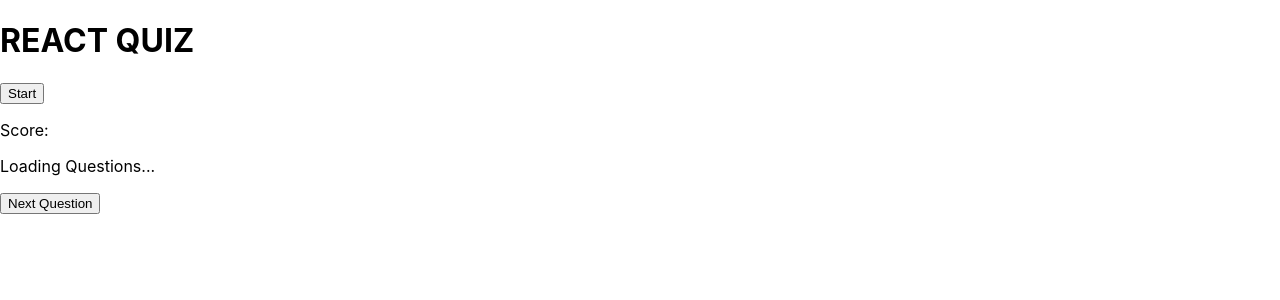
Repository: KrzysKolo/quizAPP
Page: /
These files come from the project's save history. The page is drawn as it stood at one moment and after the next save; the edit follows.
The browser window is 1280 px wide. The pictures show the whole page.
The project was rebuilt for these pictures with package versions that can differ from the ones it lists, and the page was loaded fresh each time.

Above is the page before, as saved 2021-04-24 17:39:44.

### public/index.html
<!DOCTYPE html>
<html lang="en">
  <head>
    <meta charset="utf-8" />
    <link rel="icon" href="%PUBLIC_URL%/favicon.ico" />
    <meta name="viewport" content="width=device-width, initial-scale=1" />
    <meta name="theme-color" content="#000000" />
    <meta
      name="description"
      content="Web site created using create-react-app"
    />
    <link rel="apple-touch-icon" href="%PUBLIC_URL%/logo192.png" />
    <!--
      manifest.json provides metadata used when your web app is installed on a
      user's mobile device or desktop. See https://developers.google.com/web/fundamentals/web-app-manifest/
    -->
    <link rel="manifest" href="%PUBLIC_URL%/manifest.json" />
    <!--
      Notice the use of %PUBLIC_URL% in the tags above.
      It will be replaced with the URL of the `public` folder during the build.
      Only files inside the `public` folder can be referenced from the HTML.

      Unlike "/favicon.ico" or "favicon.ico", "%PUBLIC_URL%/favicon.ico" will
      work correctly both with client-side routing and a non-root public URL.
      Learn how to configure a non-root public URL by running `npm run build`.
    -->
    <link rel="preconnect" href="https://fonts.gstatic.com">
<link href="https://fonts.googleapis.com/css2?family=Catamaran:wght@700&family=Roboto&display=swap" rel="stylesheet">
    <title>Quiz App</title>
  </head>
  <body>
    <noscript>You need to enable JavaScript to run this app.</noscript>
    <div id="root"></div>
    <!--
      This HTML file is a template.
      If you open it directly in the browser, you will see an empty page.

      You can add webfonts, meta tags, or analytics to this file.
      The build step will place the bundled scripts into the <body> tag.

      To begin the development, run `npm start` or `yarn start`.
      To create a production bundle, use `npm run build` or `yarn build`.
    -->
  </body>
</html>

### src/App.tsx
import React, { useState } from 'react'
import QuestionCard from './components/QuestionCard';
import { fetchQuizQuestions } from './API';
import { QuestionState, Difficulty } from './API';

interface AnswerObject  {
  question: string;
  answer: string;
  correct: boolean;
  correctAnswer: string;
}

const TOTAL_QUESTIONS = 10;

const App = () => {
  const [loading, setLoading] = useState(false);
  const [questions, setQuestions] = useState<QuestionState[]>([]);
  const [number, setNumber] = useState(0);
  const [userAnswers, setUserAnswers] = useState<AnswerObject[]>([]);
  const [score, setScore] = useState(0);
  const [gameOver, setGameOver] = useState(true);

  console.log(questions);

  const startTrivia = async () => {
    setLoading(true);
    setGameOver(false);

    const newQuestions = await fetchQuizQuestions(
      TOTAL_QUESTIONS,
      Difficulty.EASY
    );

    setQuestions(newQuestions);
    setScore(0);
    setUserAnswers([]);
    setNumber(0);
    setLoading(false);
  };


  const checkAnswer = (e: React.MouseEvent<HTMLButtonElement>) => {
  };
  const nextQuestion = () => {


  };

  return (
    <div>
      <h1>REACT QUIZ</h1>
      {gameOver || userAnswers.length === TOTAL_QUESTIONS ? (
        <button className="start" onClick={startTrivia}>
          Start
        </button>
      ): null}
      <p className="score">Score: </p>
      <p >Loading Questions... </p>
    {/*   <QuestionCard
        questionNr={number + 1}
        totalGuestions={TOTAL_QUESTIONS}
        question={questions[number].question}
        answers={questions[number].answers}
        userAnswer={userAnswers ? userAnswers[number] : undefined}
        callback={checkAnswer}

      /> */}
      <button className="next" onClick={nextQuestion}>
        Next Question
      </button>
    </div>
  )
}

export default App

### src/API.ts

import { shuffleArray } from './utils';

export interface Question  {
  category: string,
  correct_answer: string,
  difficulty: string,
  incorrect_answers: string[],
  question: string,
  type: string,
};
export type QuestionState = Question & { answers: string[] };

export enum Difficulty {
  EASY = "easy",
  MEDIUM = "medium",
  HARD = "hard"
}

export const fetchQuizQuestions = async (amount: number, difficulty: Difficulty) => {
  const endpoint = `https://opentdb.com/api.php?amount=${amount}&difficulty=${difficulty}&type=multiple`;
  const data = await (await fetch(endpoint)).json();
  return data.results.map((question: Question) => (
    {
      ...question,
      answer: shuffleArray([...question.incorrect_answers, question.correct_answer])
    }
  ))
  console.log(data)
}

### src/utils.ts
export const shuffleArray = (array: any[]) =>
[...array].sort(() => Math.random() - 0.5)

Loaded but not shown: src/index.tsx (common file); src/index.css (common file)

After the next save:
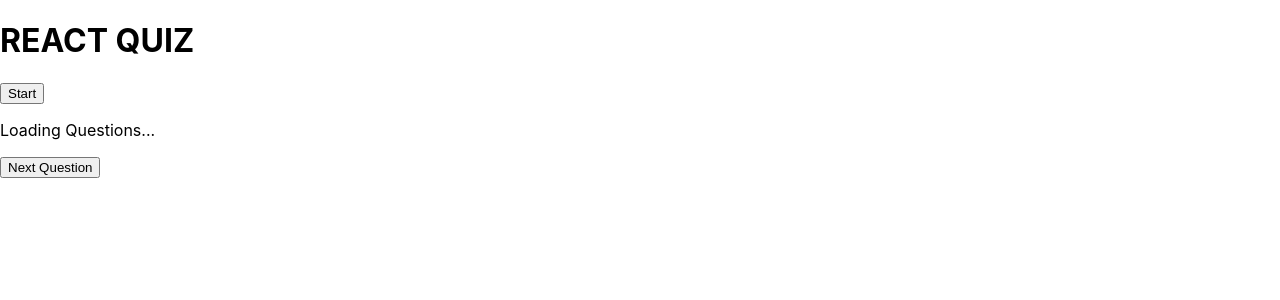
Saved 77 s later.
--- a/src/App.tsx
+++ b/src/App.tsx
@@ -54,7 +54,7 @@ const App = () => {
           Start
         </button>
       ): null}
-      <p className="score">Score: </p>
+      {!gameOver ? <p className="score">Score: </p> : null}
       <p >Loading Questions... </p>
     {/*   <QuestionCard
         questionNr={number + 1}
